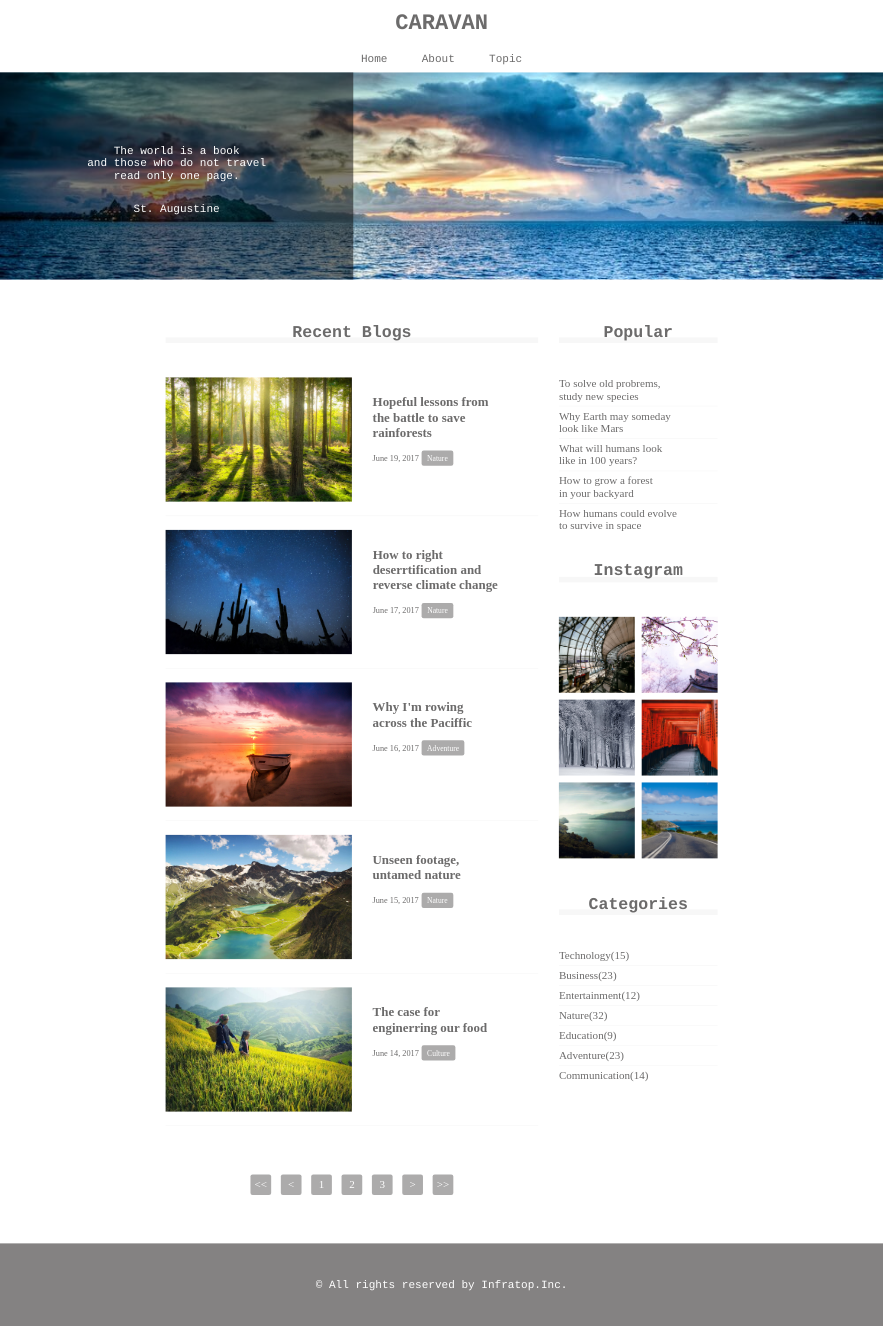
Repository: RAM-OK/git-practice
Page: caravan/index.html
The author's editor kept a record of every edit. The page is drawn from the files as they stood at one moment, then again after the next edit.
The browser window is 1280 px wide. The pictures show the whole page, at 69% of full size.
Some web libraries are served in a nearby version.

Above is the page before.

After the next edit:
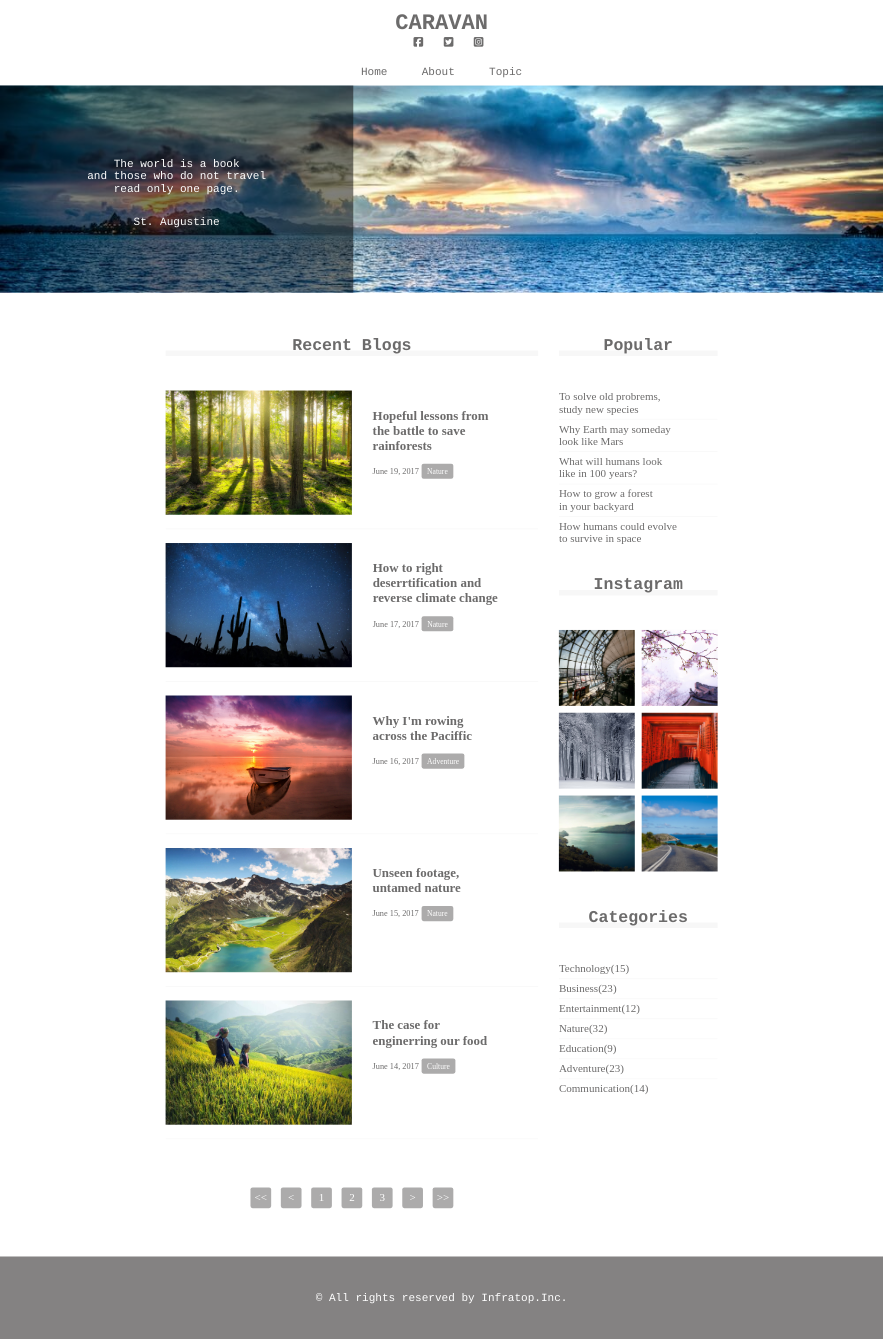
The edit:
--- a/caravan/index.html
+++ b/caravan/index.html
@@ -17,6 +17,11 @@
           CARAVAN
         </a>
       </h1>
+      <div class="social">
+        <i class="fa-brands fa-facebook-square"></i>
+        <i class="fa-brands fa-twitter-square"></i>
+        <i class="fa-brands fa-instagram-square"></i>
+      </div>
     </header>
 
     <!-- navigation -->
